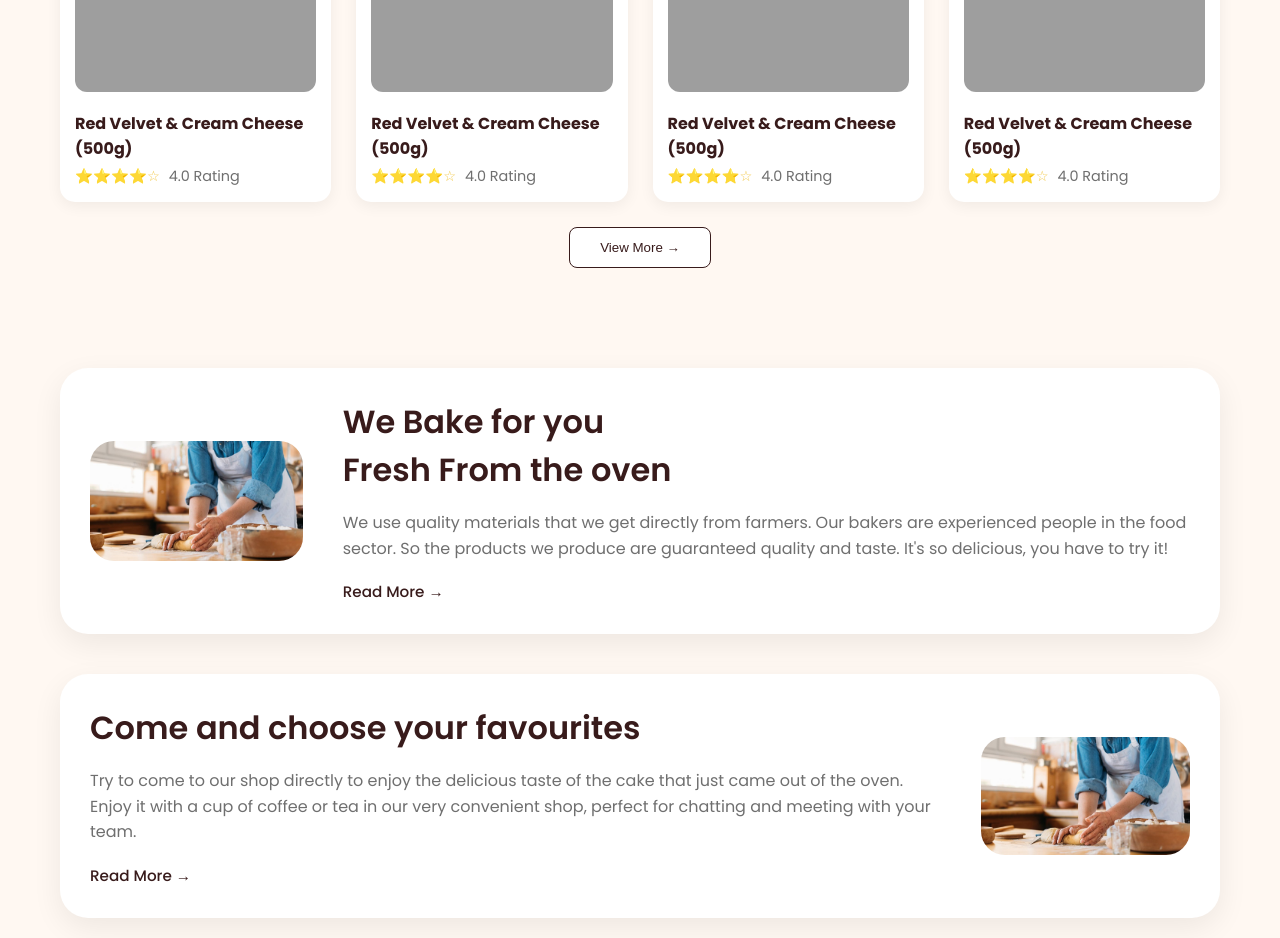
Repository: josegabrielzevallos/chocobrat-bakery-website
Page: index.html
These files come from the project's save history. The page is drawn as it stood at one moment and after the next save; the edit follows.
The browser window is 1280 px wide. The pictures show the part of the page from y = 1013 to 1965 px (the page is 1951 px tall before and 1965 px after).
Pictures or frames that could not be fetched are drawn as grey boxes. A picture or video elsewhere on the page could not be fetched, so the positions and the page height are approximate.

Above is the page before, as saved 2025-11-20 13:50:42.

### index.html
<!DOCTYPE html>
<html lang="en">
<head>
    <meta charset="UTF-8" />
    <meta name="viewport" content="width=device-width, initial-scale=1.0" />
    <title>Chocobrat Bakery</title>

    <link href="https://fonts.googleapis.com/css2?family=Poppins:wght@300;400;500;600;700&display=swap" rel="stylesheet">

    <link rel="stylesheet" href="styles.css" />
</head>
<body>

    <!-- NAVBAR -->
    <header>
        <nav class="navbar container">
            <h1 class="logo">Chocobrat</h1>

            <ul class="nav-links">
                <li><a class="active" href="#">Home</a></li>
                <li class="dropdown">
                    <a href="#">Categories ▾</a>
                </li>
                <li><a href="#">About Us</a></li>
                <li><a href="#">Contact Us</a></li>
            </ul>

            <div class="nav-actions">
                <input type="text" placeholder="Search" class="search-box" />
                <button class="icon-btn">🔍</button>
                <button class="icon-btn">🤍</button>
                <button class="icon-btn">🛒</button>
                <button class="icon-btn">👤</button>
            </div>
        </nav>
    </header>

    <!-- HERO SECTION -->
    <section class="hero container">
        <div class="hero-text">
            <h2>Bring you Happiness <br> through a piece of cake</h2>
            <p>We make different type of cakes, chocolate, soft cookies, cheesecake pie or anything you want.</p>

            <div class="hero-buttons">
                <button class="btn primary">Order Now</button>
                <button class="btn secondary">See All Menus</button>
            </div>
        </div>

        <div class="hero-img">
            <img src="assets/img/cake-main.png" alt="Cake">
        </div>
    </section>

    <!-- CAROUSEL STATIC -->
    <section class="carousel container">
        <img src="assets/img/cake1.jpg" class="thumb" />
        <img src="assets/img/cake2.jpg" class="thumb" />
        <img src="assets/img/cake3.jpg" class="thumb" />
        <img src="assets/img/cake4.jpg" class="thumb" />
    </section>

    <!-- BEST SELLING SECTION -->
    <section class="best-selling container">
        <div class="title-row">
            <h2>Try Our Best Selling</h2>
            <p>Here’s our best creations that everyone loves. Lightness and sweetness of the cake...</p>
        </div>

        <div class="product-grid">

            <!-- CARD 1 -->
            <article class="card">
                <img src="assets/img/item1.jpg" alt="">
                <h3>Red Velvet & Cream Cheese (500g)</h3>
                <div class="rating">
                    ⭐⭐⭐⭐☆ <span>4.0 Rating</span>
                </div>
            </article>

            <!-- CARD 2 -->
            <article class="card">
                <img src="assets/img/item2.jpg" alt="">
                <h3>Red Velvet & Cream Cheese (500g)</h3>
                <div class="rating">
                    ⭐⭐⭐⭐☆ <span>4.0 Rating</span>
                </div>
            </article>

            <!-- CARD 3 -->
            <article class="card">
                <img src="assets/img/item3.jpg" alt="">
                <h3>Red Velvet & Cream Cheese (500g)</h3>
                <div class="rating">
                    ⭐⭐⭐⭐☆ <span>4.0 Rating</span>
                </div>
            </article>

            <!-- CARD 4 -->
            <article class="card">
                <img src="assets/img/item4.jpg" alt="">
                <h3>Red Velvet & Cream Cheese (500g)</h3>
                <div class="rating">
                    ⭐⭐⭐⭐☆ <span>4.0 Rating</span>
                </div>
            </article>
        </div>

        <center>
            <button class="btn view-more">View More →</button>
        </center>
    </section>

        <!-- STORY / ABOUT BAKERY SECTION -->
    <section class="story container">
        <article class="story-card">
            <div class="story-img">
                <img src="./assets/images/b9-women.jpeg" alt="Baker preparing pastry">
            </div>
            <div class="story-text">
                <h2>We Bake for you<br>Fresh From the oven</h2>
                <p>
                    We use quality materials that we get directly from farmers.
                    Our bakers are experienced people in the food sector. So the
                    products we produce are guaranteed quality and taste. It's so
                    delicious, you have to try it!
                </p>
                <a href="#" class="story-link">Read More →</a>
            </div>
        </article>


        <article class="story-card">
            <div class="story-text">
                <h2>Come and choose your favourites</h2>
                <p>
                    Try to come to our shop directly to enjoy the delicious taste
                    of the cake that just came out of the oven. Enjoy it with a cup
                    of coffee or tea in our very convenient shop, perfect for chatting
                    and meeting with your team.
                </p>
                <a href="#" class="story-link">Read More →</a>
            </div>
            <div class="story-img">
                <img src="./assets/images/b9-women.jpeg" alt="Baker rolling dough">
            </div>
        </article>

    </section>

</body>
</html>

### styles.css
/* ===== RESET ===== */
* {
    margin: 0;
    padding: 0;
    box-sizing: border-box;
}

body {
    font-family: "Poppins", sans-serif;
    background-color: #FFF8F2;
    color: #381B1B;
}

.container {
    max-width: 1200px;
    margin: auto;
    padding: 20px;
}

/* ===== NAVBAR ===== */
header {
    background: #FFF;
    padding: 20px 0;
}

.navbar {
    display: flex;
    align-items: center;
    justify-content: space-between;
}

.logo {
    font-size: 1.8rem;
    font-weight: 600;
}

.nav-links {
    display: flex;
    list-style: none;
    gap: 30px;
}

.nav-links a {
    text-decoration: none;
    color: #6F6F6F;
    font-weight: 500;
}

.nav-links .active {
    color: #381B1B;
    font-weight: 600;
}

.nav-actions {
    display: flex;
    align-items: center;
    gap: 12px;
}

.search-box {
    padding: 10px 15px;
    border-radius: 8px;
    border: 1px solid #ddd;
}

.icon-btn {
    background: #5C1E1E;
    color: #fff;
    padding: 10px;
    border-radius: 8px;
    border: none;
}

/* ===== HERO ===== */
.hero {
    display: flex;
    align-items: center;
    justify-content: space-between;
    margin-top: 40px;
}

.hero-text {
    max-width: 45%;
}

.hero-text h2 {
    font-size: 2.8rem;
    line-height: 1.2;
    margin-bottom: 15px;
}

.hero-text p {
    font-size: 1rem;
    color: #6F6F6F;
    margin-bottom: 25px;
}

.hero-buttons {
    display: flex;
    gap: 15px;
}

.btn {
    padding: 12px 30px;
    font-weight: 500;
    border-radius: 8px;
    border: none;
    cursor: pointer;
}

.primary {
    background: #5C1E1E;
    color: white;
}

.secondary {
    background: white;
    border: 1px solid #5C1E1E;
    color: #5C1E1E;
}

.hero-img img {
    width: 480px;
    border-radius: 12px;
}

/* ===== CAROUSEL ===== */
.carousel {
    margin-top: 40px;
    display: flex;
    gap: 15px;
    overflow-x: auto;
    padding-bottom: 10px;
}

.thumb {
    width: 180px;
    height: 110px;
    border-radius: 12px;
    object-fit: cover;
}

/* ===== BEST SELLING ===== */
.best-selling {
    margin-top: 60px;
}

.title-row {
    display: flex;
    justify-content: space-between;
    margin-bottom: 30px;
}

.title-row h2 {
    font-size: 2rem;
    color: #381B1B;
}

.title-row p {
    max-width: 45%;
    color: #6F6F6F;
}

/* ===== PRODUCT GRID ===== */
.product-grid {
    display: grid;
    grid-template-columns: repeat(4, 1fr);
    gap: 25px;
}

.card {
    background: #fff;
    padding: 15px;
    border-radius: 15px;
    box-shadow: 0 4px 15px rgba(0,0,0,0.06);
}

.card img {
    width: 100%;
    height: 180px;
    border-radius: 12px;
    object-fit: cover;
}

.card h3 {
    margin: 12px 0 5px;
    font-size: 1rem;
}

.rating {
    color: #F2C94C;
    font-size: 0.9rem;
}

.rating span {
    color: #6F6F6F;
    margin-left: 5px;
}

.view-more {
    margin-top: 25px;
    background: white;
    border: 1px solid #381B1B;
    color: #381B1B;
}

/* ===== STORY / ABOUT BAKERY SECTION ===== */
.story {
    margin-top: 60px;
    display: flex;
    flex-direction: column;
    gap: 40px;
}

.story-card {
    background: #ffffff;
    border-radius: 28px;
    padding: 30px;
    display: flex;
    align-items: center;
    gap: 40px;
    box-shadow: 0 10px 30px rgba(0, 0, 0, 0.07);
}

.story-card-reverse {
    flex-direction: row-reverse;
}

.story-text h3 {
    font-size: 1rem;
    font-weight: 500;
    color: #A35A4A;
    margin-bottom: 4px;
}

.story-text h2 {
    font-size: 2rem;
    font-weight: 600;
    margin-bottom: 16px;
    color: #381B1B;
}

.story-text p {
    color: #6F6F6F;
    line-height: 1.6;
    margin-bottom: 18px;
}

.story-link {
    text-decoration: none;
    font-weight: 500;
    color: #381B1B;
    font-size: 0.95rem;
}

.story-img img {
    width: 100%;
    max-width: 420px;
    border-radius: 24px;
    object-fit: cover;
    display: block;
}

After the next save:
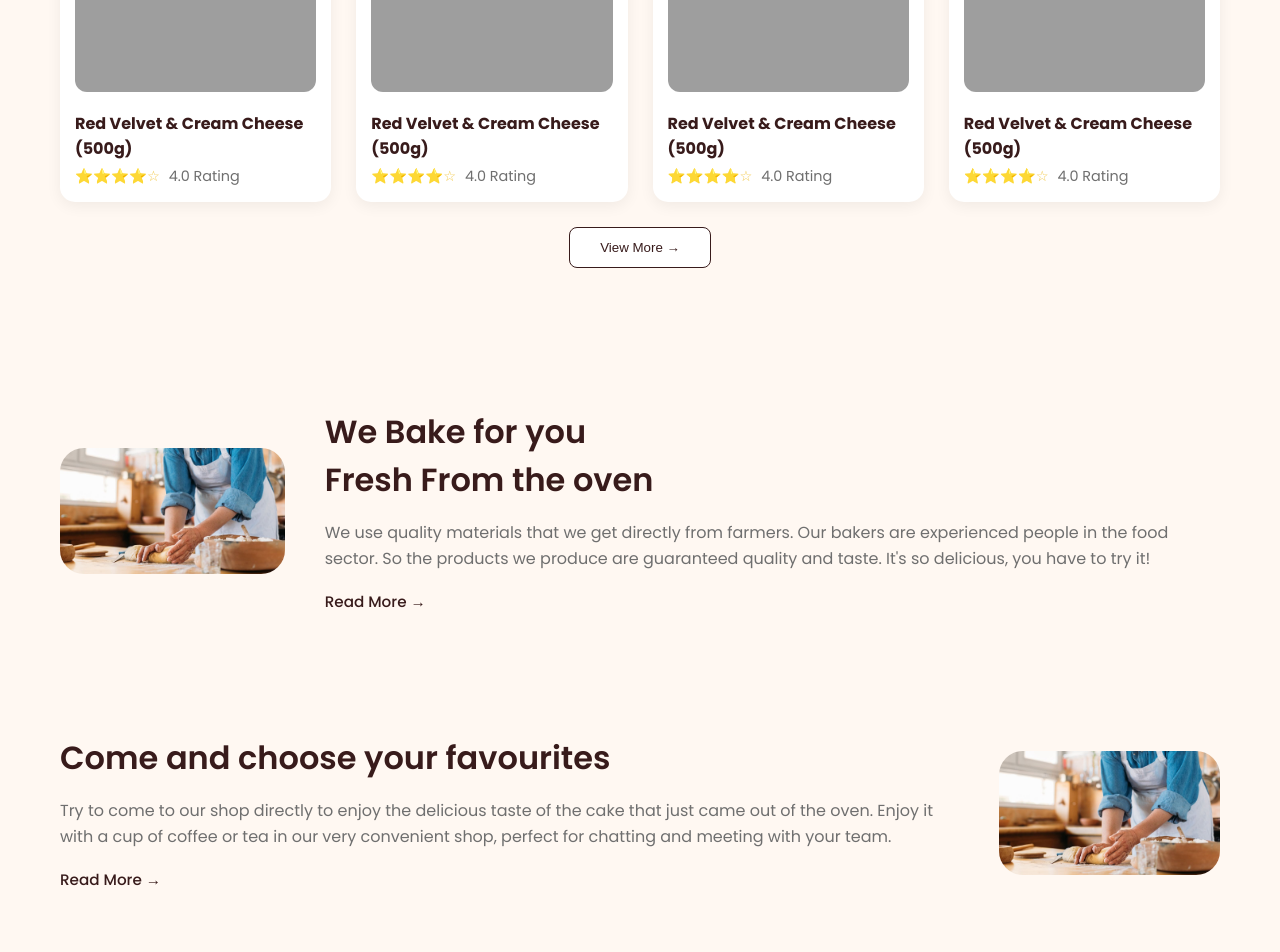
Saved 55 s later.
--- a/styles.css
+++ b/styles.css
@@ -213,13 +213,10 @@ header {
 }
 
 .story-card {
-    background: #ffffff;
-    border-radius: 28px;
-    padding: 30px;
     display: flex;
     align-items: center;
     gap: 40px;
-    box-shadow: 0 10px 30px rgba(0, 0, 0, 0.07);
+    margin: 40px 0;
 }
 
 .story-card-reverse {
